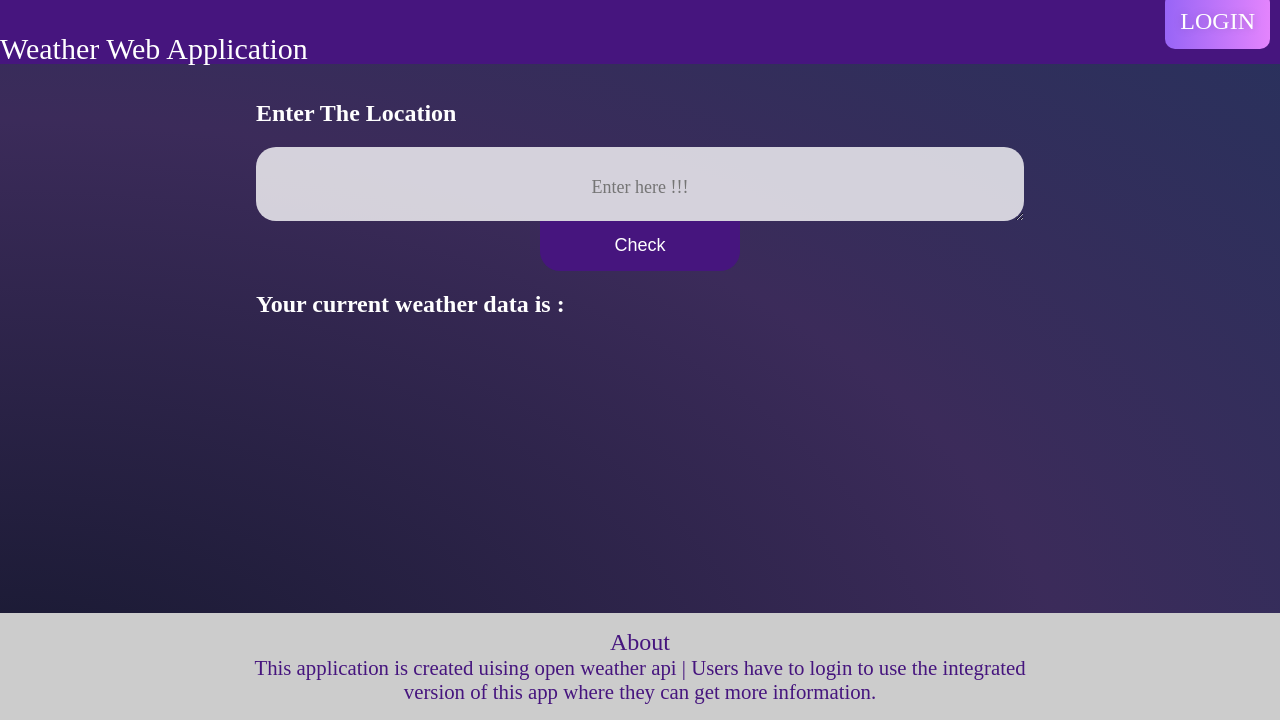
Repository: Irfan-vit/openapi
Page: index.html
An editor plug-in stored every save of this project. The page is shown before and after a run of saves, followed by the edit.
The browser window is 1280 px wide. The pictures show the whole page.

Above is the page before, as saved 2021-05-29 00:17:34.

### index.html
<!DOCTYPE html>
<html lang="en">

<head>
    <meta charset="UTF-8">
    <meta http-equiv="X-UA-Compatible" content="IE=edge">
    <meta name="viewport" content="width=device-width, initial-scale=1.0">
    <title>Api</title>
    <link rel="stylesheet" href="style.css">
</head>

<body>


    <div class="nav">
        <input type="checkbox" id="nav-check" />
        <div class="nav-header">
            <div class="nav-title">
                Weather Web Application
            </div>
        </div>
        <div class="nav-btn">
            <label for="nav-check">
                <span></span>
                <span></span>
                <span></span>
            </label>
        </div>

        <div class="nav-links">
            <div class="container">
                <a href="https://weather-projection.netlify.app/" class="btn btn-1"
                    style="text-decoration:none">Login</a>
            </div>
        </div>
    </div>

    <main>

        <h2>Enter The Location</h2>

        <textarea name="" id="txt-input" class="t-area" placeholder="Enter here !!!"></textarea>

        <button id="btn-translate">
            Check
        </button>

        <div>
            <h2>Your current weather data is :</h2>
        </div>

        <div id="output" class="t-area">

        </div>

    </main>

    <footer>
        <div style="font-size: x-large;">About</div>
        <p>This application is created uising open weather api | Users have to login to use the integrated version of
            this app where they can get more information.</p>
    </footer>



    <script src="app.js" type="text/javascript"></script>
</body>

</html>

### style.css
/* @import url('https://fonts.googleapis.com/css2?family=Kalam&display=swap'); */

* {
    box-sizing: border-box;
}

:root {
    --primary: #46157E;
    --black: #333333;
    --width-break:800px
}

body {
    margin: 0;
    /* font-family: 'Kalam', cursive; */
    color: #333333;
      background: radial-gradient(
    ellipse at left bottom,
    rgba(22, 24, 47, 1) 0%,
    rgba(38, 20, 72, 0.9) 59%,
    rgba(17, 27, 75, 0.9) 100%
  );
    height: 100%;
    margin: 0;
    background-repeat: no-repeat;
    background-attachment: fixed;
    color: white;

}

nav {
    background-color: var(--primary);
    text-align: center;
}

main {
    margin: auto;
    padding: 1rem;
    max-width: var(--width-break);
}

textarea {
    display: block;
    width: 100%;
    min-height: 5vh;
    font-size: large;
    font-family: inherit;
    background-color: #ffffffc9;
    border:none;
    border-radius:20px;
    text-align: center;
    padding-top: 30px;;
}

textarea:hover {
    display: block;
    width: 100%;
    min-height: 5vh;
    font-size: large;
    font-family: inherit;
    background-color: #ffffff;
    border-radius:20px;
    border: none;
    text-align: center;
}

button {
    background-color: var(--primary);
    border: none;
    margin: 8rem 0rem;
    color:white;
    font-size: large;
    cursor: pointer;
    height: 50px;
    width: 200px;
    border-bottom-left-radius:20px;
    border-bottom-right-radius:20px;
    margin:auto;
    display:block;

}


#output {
    box-sizing: border-box;
    width: 100%;
    min-height: 10vh;
    max-height: 20vh;
    /* border: 1px solid var(--black); */
}

footer {
    position: fixed;
    bottom: 0;
    width: 100%;
    padding: 1rem;
    background-color: #CCCCCC;
    text-align: center;
    color: #46157E;
    font-size:1.3rem;
}

footer p {
    max-width: var(--width-break);
    margin: auto;
}

.nav {
  height: 50px;
  width: 100%;
  background-color: #46157E;
  position: relative;
  padding:2rem 0rem;
}

.nav > .nav-header {
  display: inline;
}

.nav > .nav-header > .nav-title {
  display: inline-block;
  font-size: 30px;
  color: #fff;
}

.nav > .nav-btn {
  display: inline-block;
}

.nav > .nav-links {
  display: inline;
  float: right;
  font-size: 18px;
  margin:-1.5rem 0rem ;
}

.nav > .nav-links > a {
  display: inline-block;
  padding: 13px 10px 13px 10px;
  text-decoration: none;
  color: #efefef;
}

.nav > .nav-links > a:hover {
  background-color: rgba(0, 0, 0, 0.3);
}

.nav > #nav-check {
  display: none;
}

@media (max-width:600px) {
  .nav > .nav-btn {
    display: inline-block;
    position: absolute;
    right: 0px;
    top: 0px;
  }
  .nav > .nav-btn > label {
    display: inline-block;
    width: 50px;
    height: 50px;
    padding: 13px;
  }
  .nav > .nav-btn > label:hover,.nav  #nav-check:checked ~ .nav-btn > label {
    background-color: rgba(0, 0, 0, 0.3);
  }
  .nav > .nav-btn > label > span {
    display: block;
    width: 25px;
    height: 10px;
    border-top: 2px solid #eee;

  }
  .nav > .nav-links {
    position: absolute;
    display: block;
    width: 100%;
    background-color: #333;
    height: 0px;
    transition: all 0.3s ease-in;
    overflow-y: hidden;
    top: 50px;
    left: 0px;
    margin-top:0.4rem;
  }
  .nav > .nav-links > a {
    display: block;
    width: 100%;
  }
  .nav > #nav-check:not(:checked) ~ .nav-links {
    height: 0px;
  }
  .nav > #nav-check:checked ~ .nav-links {
    height: calc(100vh - 50px);
    overflow-y: auto;
  }
}

.btn {
  flex: 1 1 auto;
  margin: 10px;
  padding: 15px;
  text-align: center;
  text-transform: uppercase;
  transition: 0.5s;
  background-size: 200% auto;
  color: white;
 text-shadow: 0px 0px 10px rgba(0,0,0,0.2);
  /* box-shadow: 0 0 20px #eee; */
  border-radius: 10px;
  cursor: pointer;
  font-size: 1.5rem;
 }



.btn:hover {
  background-position: right center; /* change the direction of the change here */
}

.btn-1 {
  background-image: linear-gradient(to right, #9865f6 0%, #e585fd 51%, #cd65f6 100%);
}

### app.js
var btnTranslate = document.querySelector("#btn-translate");
var txtInput = document.querySelector("#txt-input");
var outputDiv = document.querySelector('#output')
var serverURL = "https://api.openweathermap.org/data/2.5/weather?q="
var key = "&appid=49257f6591cfc3ed8daf0b5970d519cb"

function getTranslationURL(text) {
    return serverURL + text + key
}

function errorHandler(error) {
    console.log("error occured", error)
    alert("something went wrong  :  " + error)
}

function clickHandler() {
    // outputDiv.innerText = "translated  " + txtInput.value + "  To : bababbababababababa ";

    var inputText = txtInput.value;

    fetch(getTranslationURL(inputText))
        .then(response => response.json())
        .then(json => {
            var translatedText = "Country : " + json['sys']['country'] + " | tempreature : " + json['main']['temp'] + " | weather : " +  json['weather'][0]['description'] + " | longitude : " + json['coord']['lon'] + " | latitude : " + json['coord']['lat'] + " | wind speed : " + json['wind']['speed'] + " | Wind direction, degrees : " + json['wind']['deg'];
            outputDiv.innerText = translatedText;
            })
    };


btnTranslate.addEventListener("click", clickHandler)

After the next 4 saves:
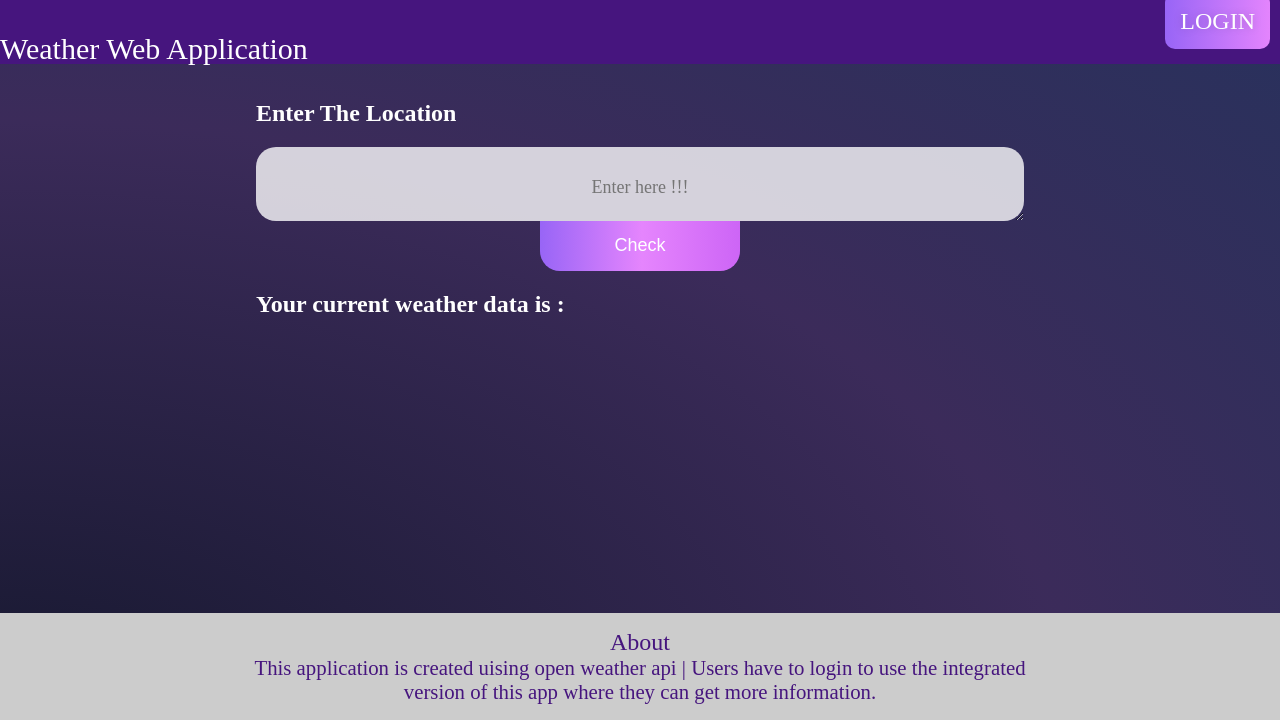
The 4 saves are shown as one change because they came seconds apart.
The last was saved 38 s later.
--- a/style.css
+++ b/style.css
@@ -65,7 +65,8 @@ textarea:hover {
 }
 
 button {
-    background-color: var(--primary);
+    /* background-color: var(--primary); */
+    background-image: linear-gradient(to right, #9865f6 0%, #e585fd 51%, #cd65f6 100%);
     border: none;
     margin: 8rem 0rem;
     color:white;
